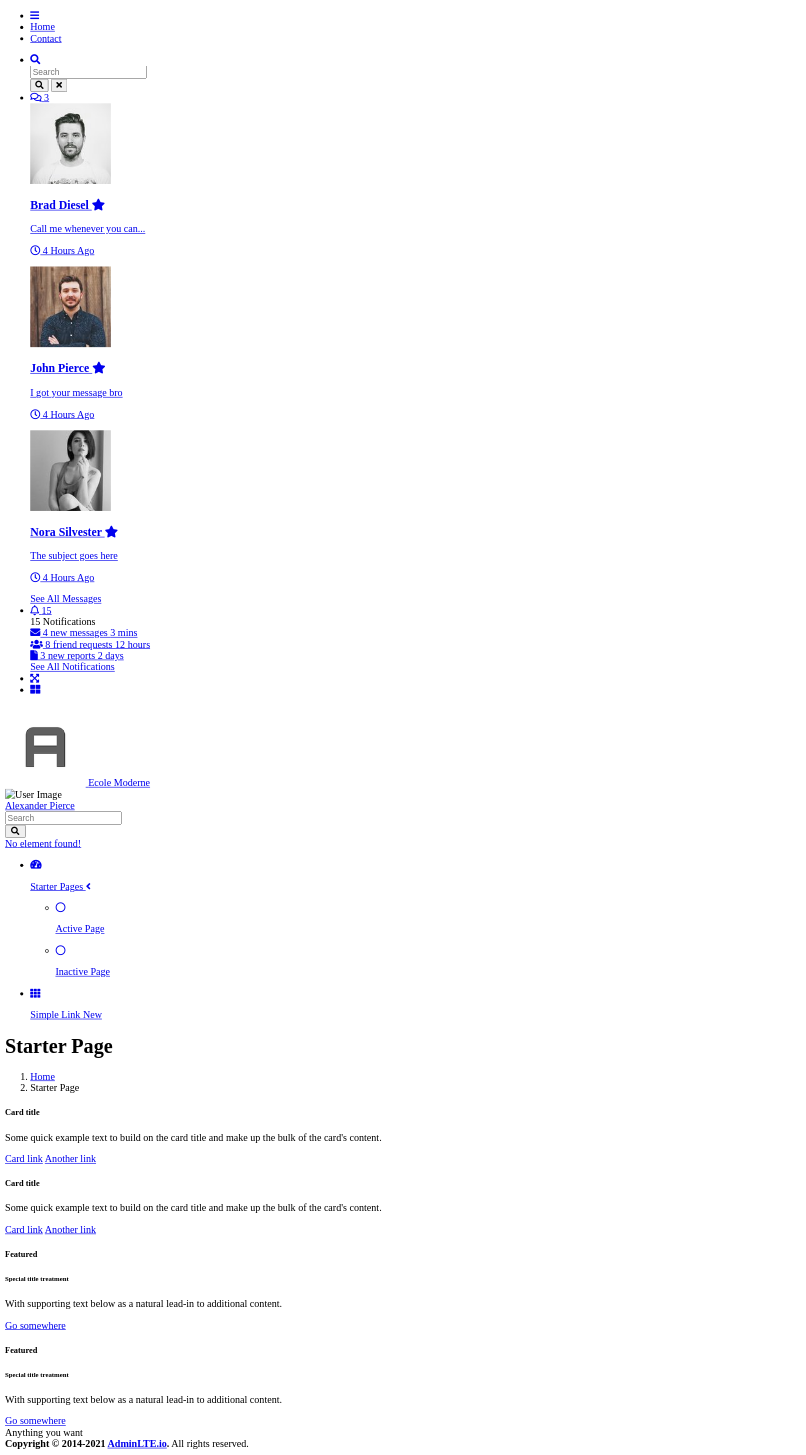
Repository: alangetelengo/SchoolV1
Page: http://localhost/
An editor plug-in stored every save of this project. The page is shown before and after the next save, followed by the edit.
The browser window is 1280 px wide. The pictures show the whole page, at 63% of full size.
Some web fonts or font styles are not loaded; a fallback is used. The page is served by the project's Laravel application, run on PHP 8.4 with Laravel 9.

Above is the page before, as saved 2023-04-19 12:25:34.

After the next save:
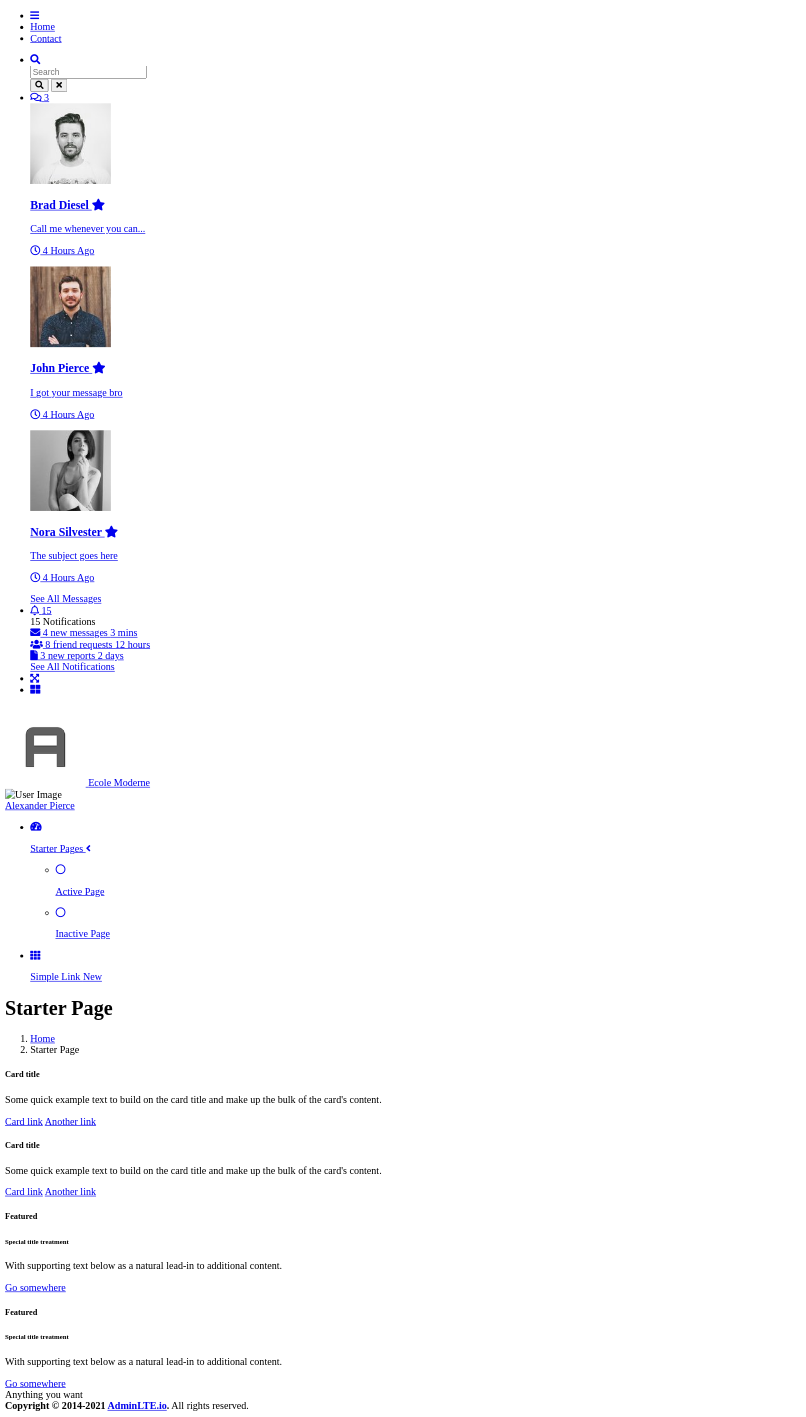
Saved 57 s later.
--- a/resources/views/layouts/sidebar.blade.php
+++ b/resources/views/layouts/sidebar.blade.php
@@ -16,7 +16,7 @@
             </div>
         </div>
 
-        <div class="form-inline">
+        {{-- <div class="form-inline">
             <div class="input-group" data-widget="sidebar-search">
                 <input class="form-control form-control-sidebar" type="search" placeholder="Search" aria-label="Search">
                 <div class="input-group-append">
@@ -25,7 +25,7 @@
                     </button>
                 </div>
             </div>
-        </div>
+        </div> --}}
 
         <nav class="mt-2">
             <ul class="nav nav-pills nav-sidebar flex-column" data-widget="treeview" role="menu" data-accordion="false">
